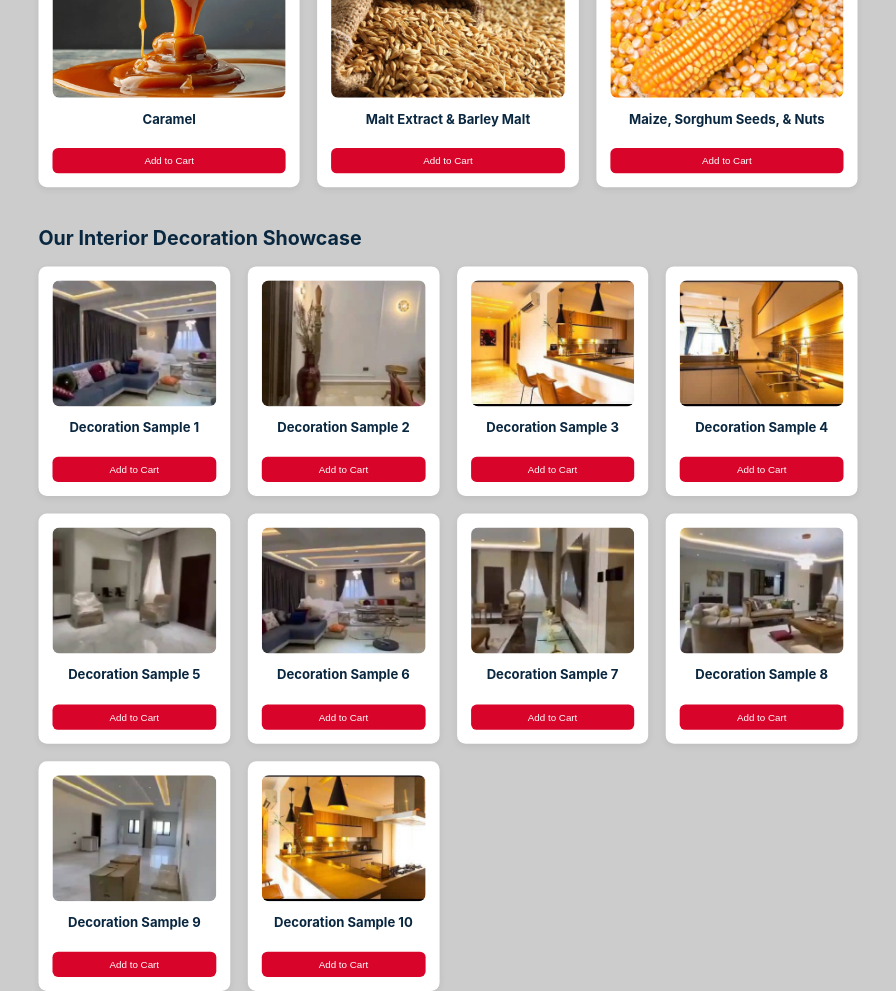
Repository: trenzyfx1/Discover-Diamond-Zillions-Nigeria-Limited
Page: pages/products.html
An editor plug-in stored every save of this project. The page is shown before and after the next save, followed by the edit.
The browser window is 1280 px wide. The pictures show the part of the page from y = 3401 to 5321 px (the page is 4817 px tall before and 5321 px after), at 70% of full size.

Above is the page before, as saved 2025-12-29 15:38:16.
Console error: TypeError: Cannot read properties of null (reading 'querySelector')

After the next save:
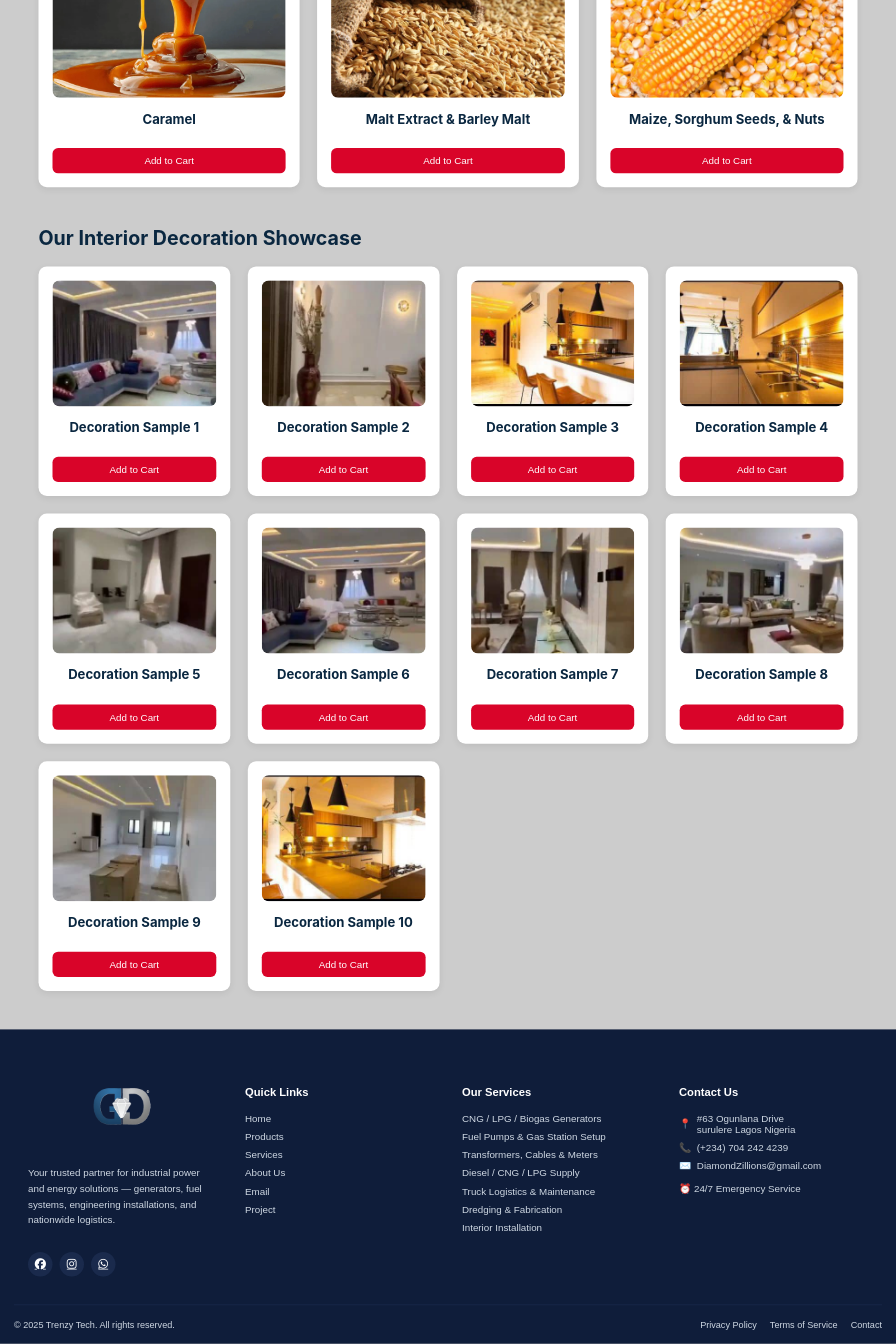
Saved 4 s later.
--- a/pages/products.html
+++ b/pages/products.html
@@ -406,7 +406,88 @@
         </div>
     </section>
 
-
+    <footer class="footer" role="contentinfo">
+        <div class="footer-container">
+
+            <div class="footer-logo" aria-label="company info">
+                <img src="../images/logo.png" alt="Discover Diamond Zillions Nigeria Limited logo"
+                    style="margin: auto;" />
+
+                <p>
+                    Your trusted partner for industrial power and energy solutions — generators, fuel systems,
+                    engineering installations, and nationwide logistics.
+                </p>
+
+
+                   <div class="footer-socials" aria-label="social links">
+                    <a href="" aria-label="Facebook" title="Facebook">
+                         <i class="fa-brands fa-facebook"></i>
+                    </a>
+
+                    <a href="" aria-label="Instagram" title="Instagram">
+                        <i class="fa-brands fa-instagram"></i>
+                    </a>
+
+                    <a href="https://wa.me/+2347042424239?text=Hello%20DDZ,%20I%20need%20info" aria-label="WhatsApp" title="WhatsApp">
+                        <i class="fa-brands fa-whatsapp"></i>
+                    </a>
+                </div>
+            </div>
+
+            <nav class="footer-links" aria-label="quick links">
+                <h4>Quick Links</h4>
+                <a href="/">Home</a>
+                <a href="./products.html">Products</a>
+                <a href="./service.html">Services</a>
+                <a href="./about.html">About Us</a>
+                <a href="mailto:DiamondZillions@gmail.com">Email</a>
+                <a href="./project.html">Project</a>
+            </nav>
+
+            <div class="footer-services" aria-label="our services">
+                <h4>Our Services</h4>
+                <a href="/">CNG / LPG / Biogas Generators</a>
+                <a href="/">Fuel Pumps & Gas Station Setup</a>
+                <a href="/">Transformers, Cables & Meters</a>
+                <a href="/">Diesel / CNG / LPG Supply</a>
+                <a href="/">Truck Logistics & Maintenance</a>
+                <a href="/">Dredging & Fabrication</a>
+                <a href="/">Interior Installation</a>
+            </div>
+
+            <div class="footer-contact" aria-label="contact us">
+                <h4>Contact Us</h4>
+
+                <a href="#" class="contact-item">
+                    <span aria-hidden="true">📍</span>
+                    <span>#63 Ogunlana Drive <br> surulere Lagos Nigeria</span>
+                </a>
+
+                <a href="tel:+2347042424239" class="contact-item">
+                    <span aria-hidden="true">📞</span>
+                    <span>(+234) 704 242 4239</span>
+                </a>
+
+                <a href="mailto:DiamondZillions@gmail.com" class="contact-item">
+                    <span aria-hidden="true">✉️</span>
+                    <span>DiamondZillions@gmail.com</span>
+                </a>
+
+                <div style="margin-top:6px; font-size:14px; color:#cfd8e3;">
+                    <span aria-hidden="true">⏰</span> 24/7 Emergency Service
+                </div>
+            </div>
+        </div>
+
+        <div class="footer-bottom">
+            <div>© 2025 Trenzy Tech. All rights reserved.</div>
+            <div>
+                <a href="#">Privacy Policy</a>
+                <a href="#">Terms of Service</a>
+                <a href="#">Contact</a>
+            </div>
+        </div>
+    </footer>
 
     <script>
         const searchInput = document.getElementById('searchInput');
